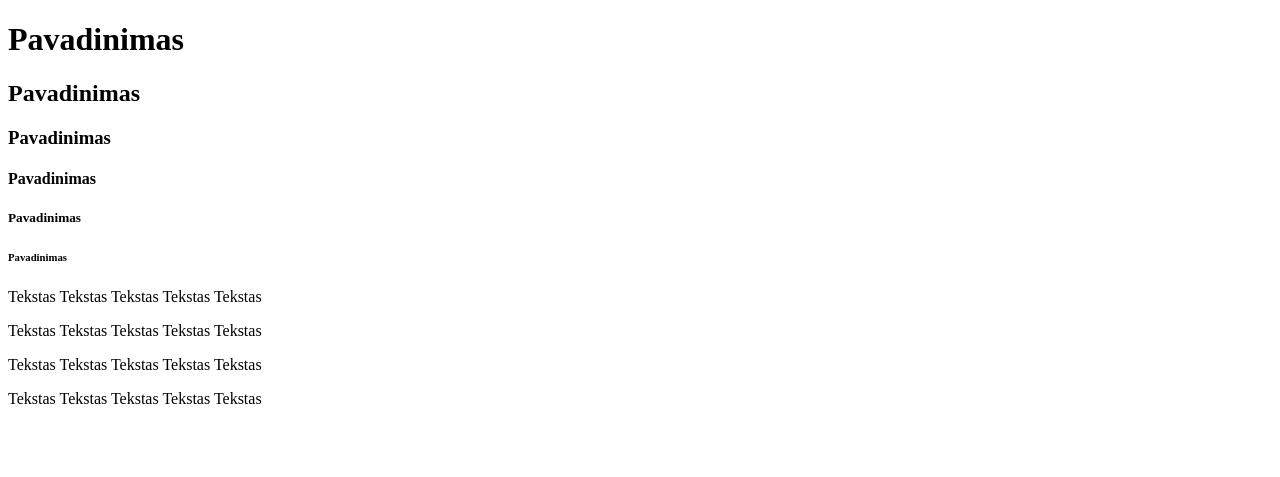
Repository: motiejus1/01-paskait
Page: pirmas.html
These files come from the project's save history. The page is drawn as it stood at one moment and after the next save; the edit follows.
The browser window is 1280 px wide. The pictures show the whole page.

Above is the page before, as saved 2021-05-31 20:32:03.

### pirmas.html
<!DOCTYPE html>

<html lang="en">
    <head>
        <meta charset="UTF-8">
        <meta http-equiv="X-UA-Compatible" content="IE=edge">
        <meta name="viewport" content="width=device-width, initial-scale=1.0">
        <title>Pirma paskaita</title>
    </head>

    <body>

        <h1>Pavadinimas</h1>
        <h2>Pavadinimas</h2>
        <h3>Pavadinimas</h3>
        <h4>Pavadinimas</h4>
        <h5>Pavadinimas</h5>
        <h6>Pavadinimas</h6>

        <p>Tekstas Tekstas Tekstas Tekstas Tekstas</p>
        <p>Tekstas Tekstas Tekstas Tekstas Tekstas</p>
        <p>Tekstas Tekstas Tekstas Tekstas Tekstas</p>
        <p>Tekstas Tekstas Tekstas Tekstas Tekstas</p>

        <span></span>

    </body>

</html>

After the next save:
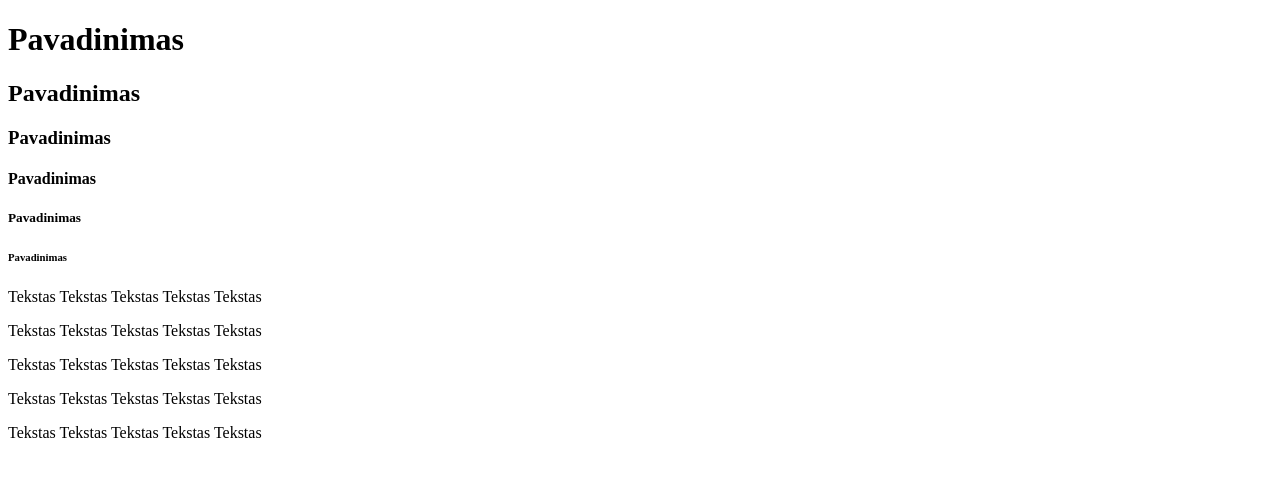
Saved 6 s later.
--- a/pirmas.html
+++ b/pirmas.html
@@ -22,7 +22,7 @@
         <p>Tekstas Tekstas Tekstas Tekstas Tekstas</p>
         <p>Tekstas Tekstas Tekstas Tekstas Tekstas</p>
 
-        <span></span>
+        <span>Tekstas Tekstas Tekstas Tekstas Tekstas</span>
 
     </body>
 
